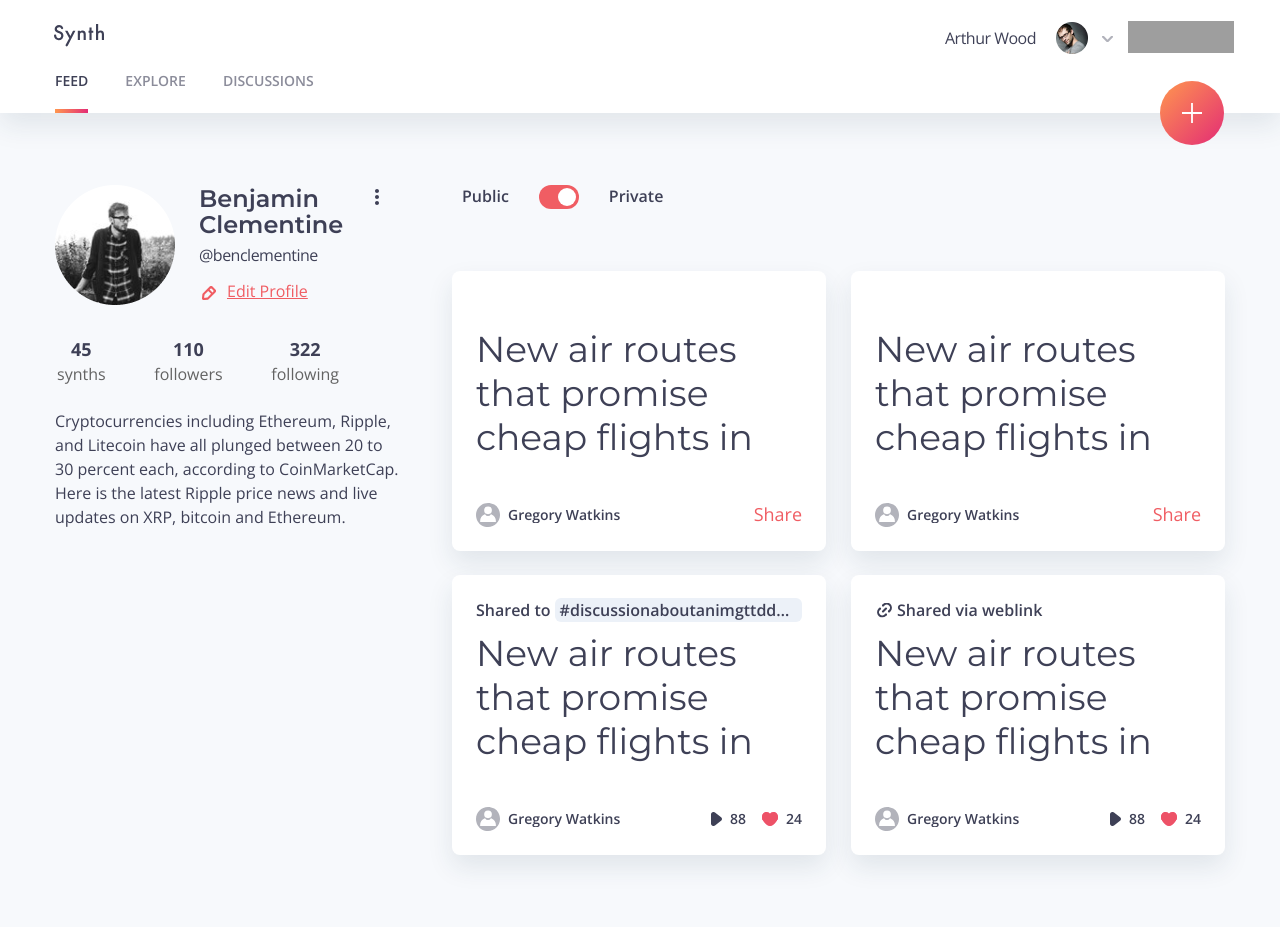
Repository: ecspetra/swivl-test-task
Page: index.html
The author's editor kept a copy of each file at every save. The page is drawn from the files as they stood at one save, then again after the next save.
The browser window is 1280 px wide. The pictures show the whole page.
Pictures or frames that could not be fetched are drawn as grey boxes. The style sheet was rebuilt from its Sass, Less or Tailwind sources for each picture, by a compiler version that may differ from the author's.

Above is the page before, as saved 2021-12-11 09:48:47.

After the next save:
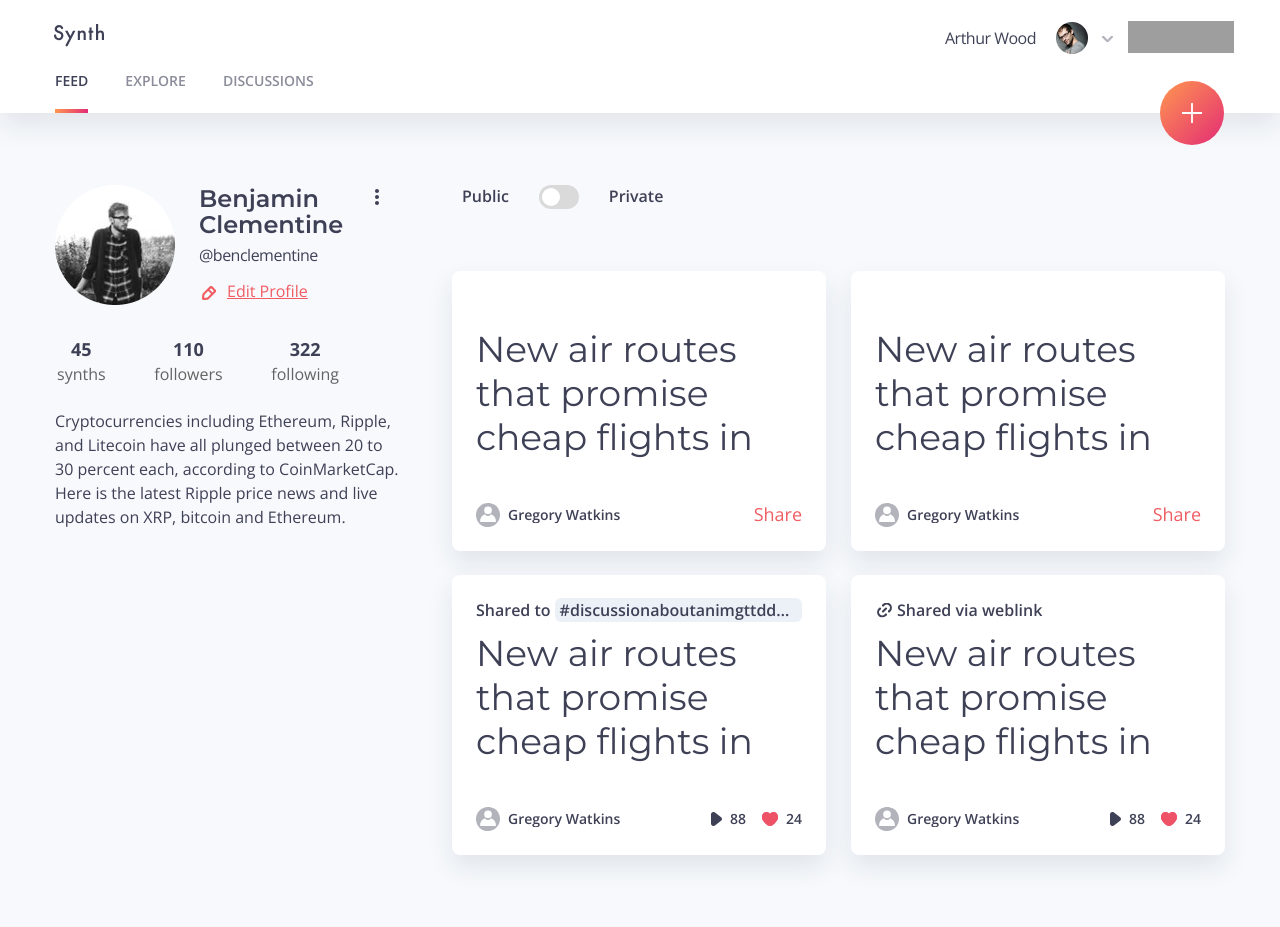
Saved 44 s later.
--- a/index.html
+++ b/index.html
@@ -101,7 +101,7 @@
                         <p class="profile__switcher-option">Public</p>
                         <div class="switcher">
                             <label class="switcher__label">
-                                <input class="switcher__checkbox" type="checkbox" checked>
+                                <input class="switcher__checkbox" type="checkbox">
                                 <span class="switcher__slider"></span>
                             </label>
                         </div>

After the 2 saves that followed:
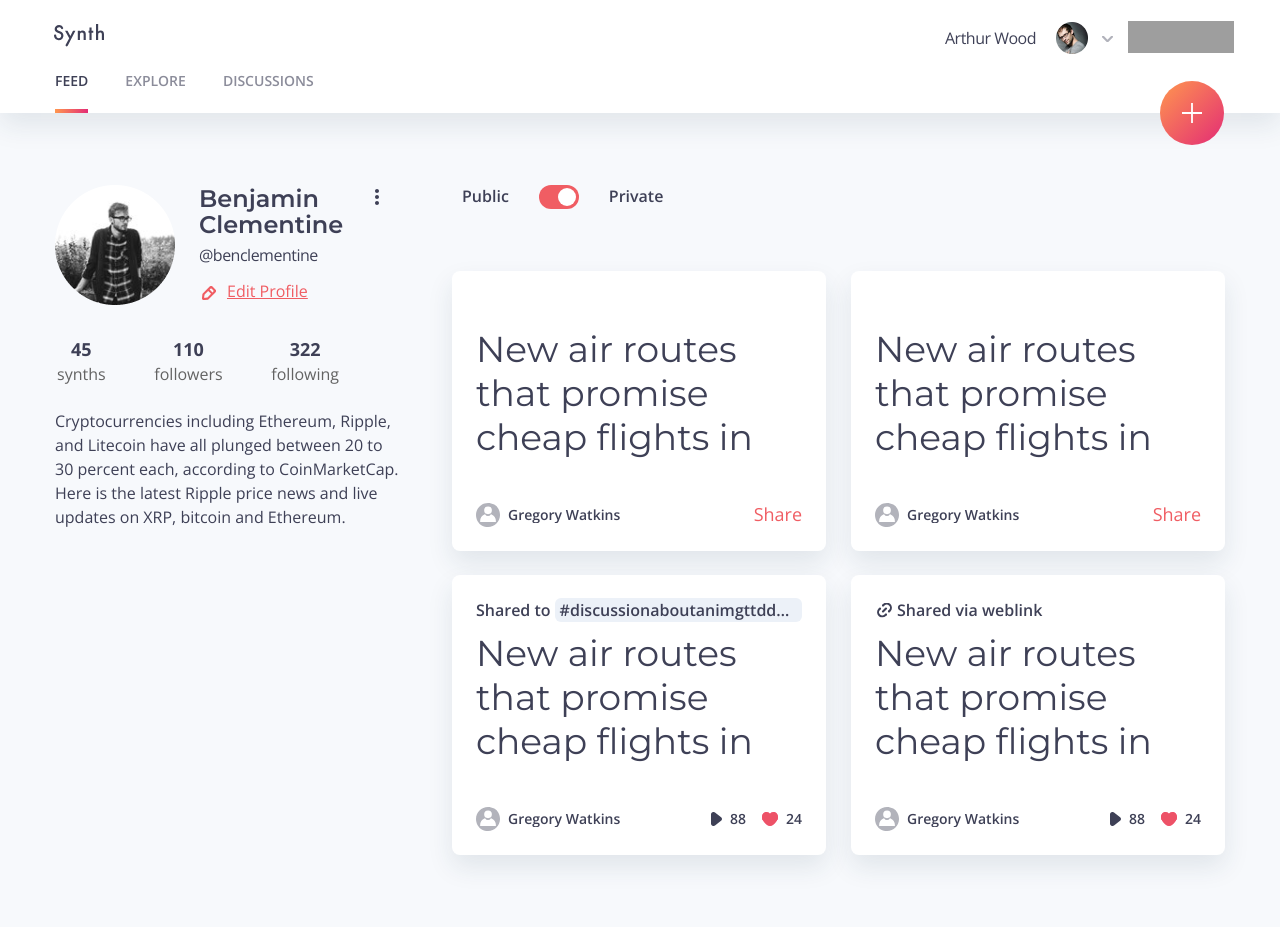
The 2 saves are shown as one change because 1 left the picture as it was.
The last was saved 67 s later.
--- a/index.html
+++ b/index.html
@@ -101,7 +101,7 @@
                         <p class="profile__switcher-option">Public</p>
                         <div class="switcher">
                             <label class="switcher__label">
-                                <input class="switcher__checkbox" type="checkbox">
+                                <input class="switcher__checkbox" type="checkbox" checked>
                                 <span class="switcher__slider"></span>
                             </label>
                         </div>
--- a/js/script.js
+++ b/js/script.js
@@ -1,6 +1,6 @@
 $(document).ready(function () {
   $(".profile__switcher-option").click(function () {
     console.log(1);
-    $(".switcher__checkbox").is(":checked");
+    $(".switcher__checkbox").prop("checked", false);
   });
 });
